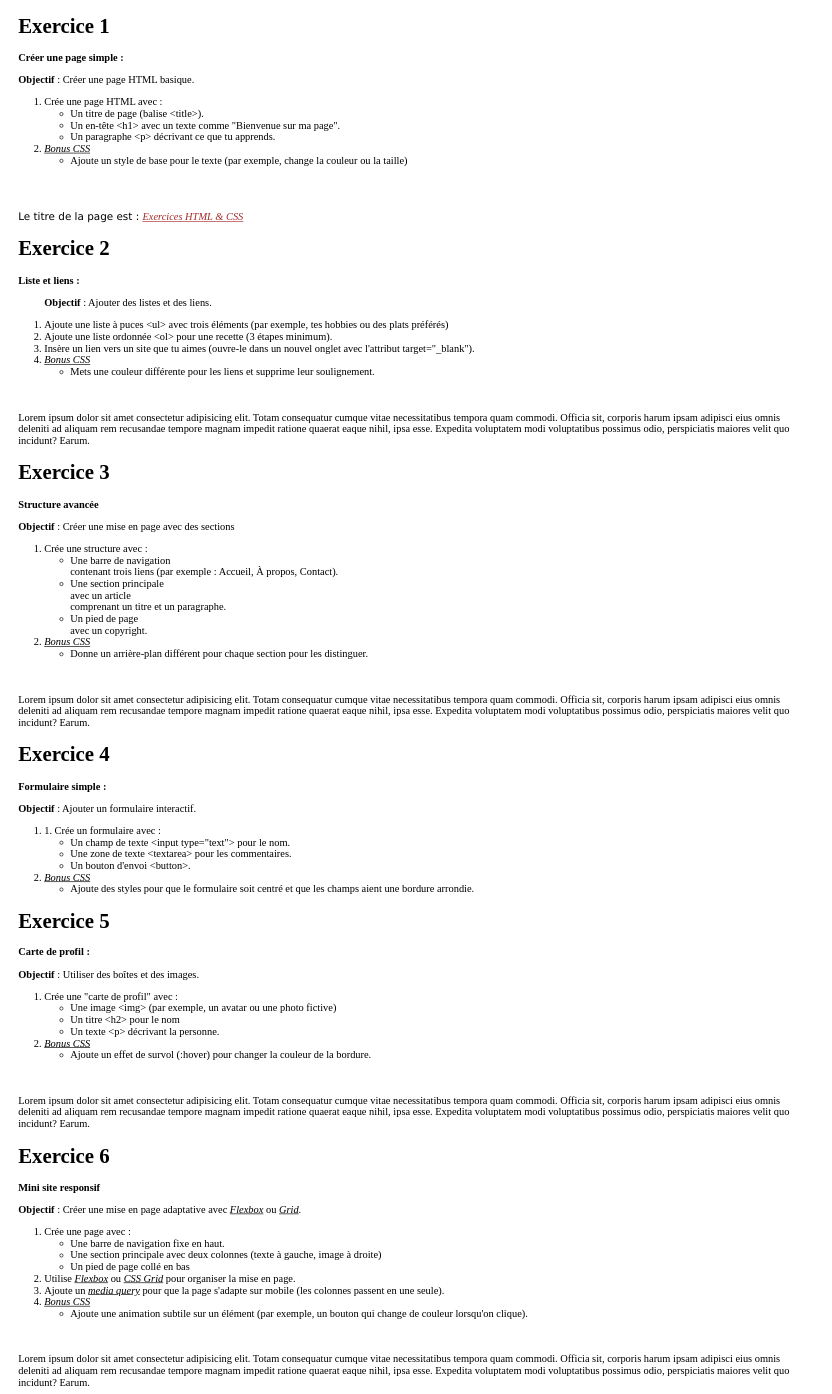
Repository: AnnaSpirit/Mimo_App
Page: Exercices_HTML&CSS.html
The author's editor kept a copy of each file at every save. The page is drawn from the files as they stood at one save, then again after the next save.
The browser window is 1280 px wide. The pictures show the whole page, at 65% of full size.

Above is the page before, as saved 2024-12-08 12:28:35.

After the next save:
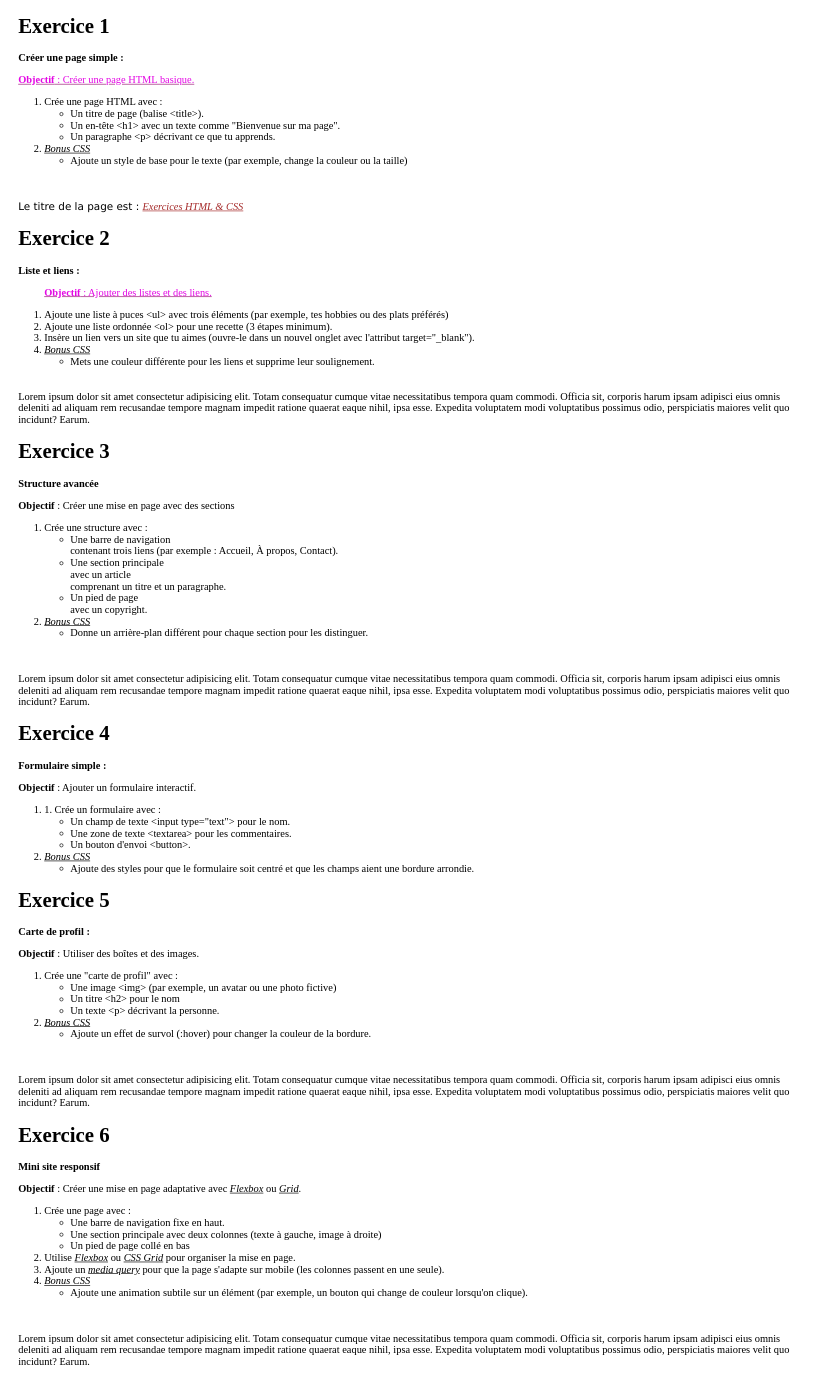
Saved 6 s later.
--- a/styleCSS.css
+++ b/styleCSS.css
@@ -1,7 +1,7 @@
 html{
     margin: 0 20px 0 20px;
 }
-/* .Ex h1{
+ .Ex h1{
     font-weight: bold;
     font-size: x-large;
     text-decoration: underline orange;
